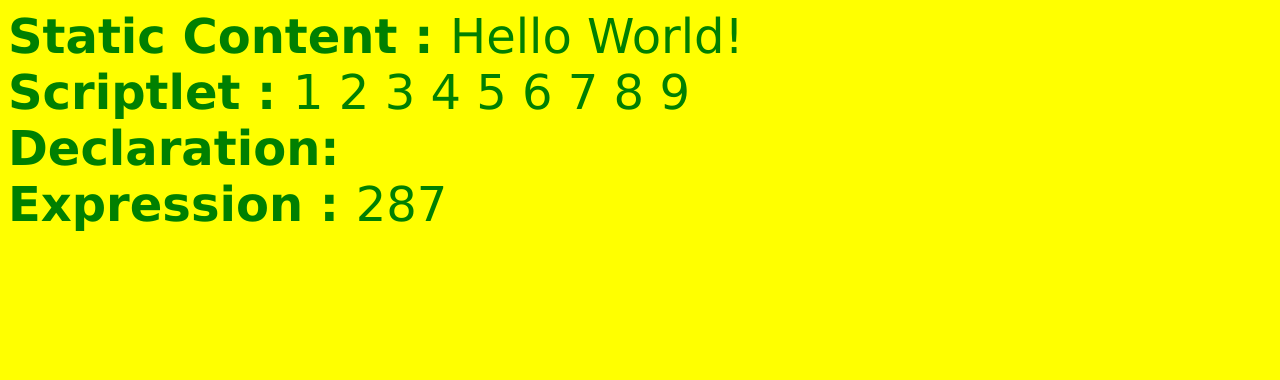
Repository: PoojithaPeddikuppa/FSD-with-Java
Page: http://localhost/JspApp/
The author's editor kept a copy of each file at every save. The page is drawn from the files as they stood at one save, then again after the next save.
The browser window is 1280 px wide. The pictures show the whole page.
The page is served by Tomcat 9.

Above is the page before, as saved 2024-06-05 06:13:45.

After the next save:
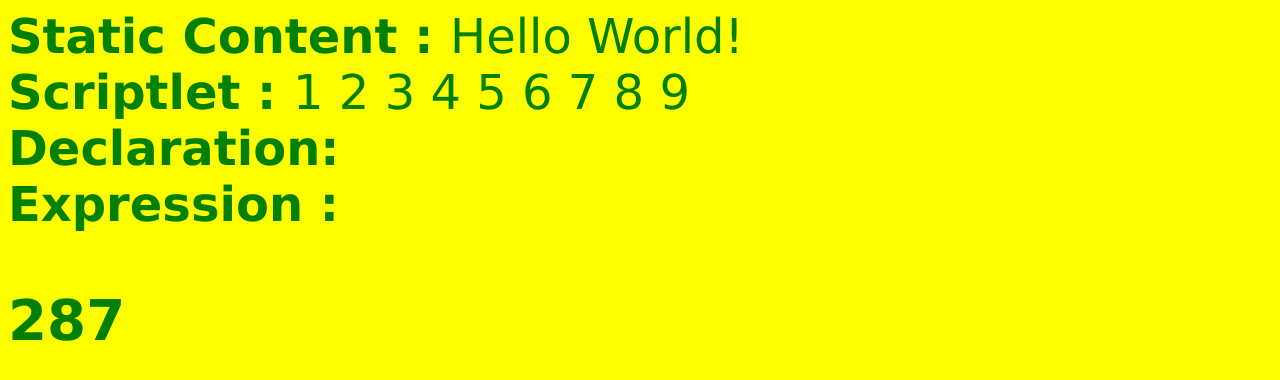
Saved 3 s later.
--- a/JspApp/src/main/webapp/index.jsp
+++ b/JspApp/src/main/webapp/index.jsp
@@ -24,7 +24,7 @@ number = 287;
 %>
 <br>
 <b>Expression : </b>
-<%= number %>
+<h3><%= number %></h3>
 <br>
 </font>
 </body>
